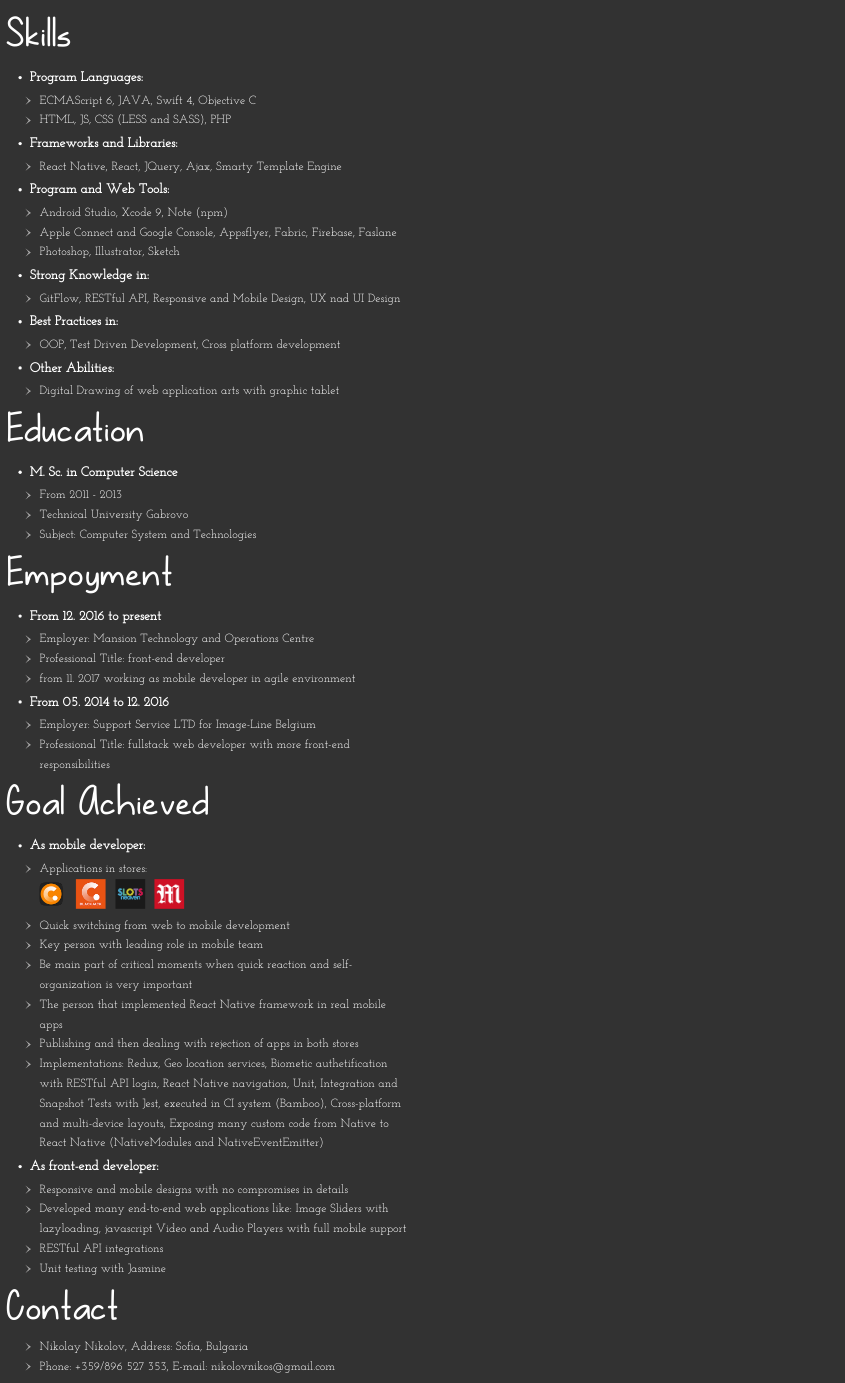
Repository: nikichanko/cv
Page: print.html
An editor plug-in stored every save of this project. The page is shown before and after the next save, followed by the edit.
The browser window is 1280 px wide. The pictures show the whole page, at 66% of full size.

Above is the page before, as saved 2018-08-10 03:35:17.

### print.html
<html>
  <head>
    <meta name="viewport" content="width=device-width, initial-scale=1">
    <link rel="stylesheet" type="text/css" href="css/styles.css">
    <link rel="stylesheet" type="text/css" href="css/print.css">
    <script src="https://ajax.googleapis.com/ajax/libs/jquery/3.3.1/jquery.min.js"></script>
    <title>Nikolay Nikolov - Curriculum Vitae - Print Version</title>
  </head>
  <body>
    <div id="content"></div>
  </body>
  <script src="js/print.js"></script>
</html>

### css/styles.css
@font-face {
  font-family: 'Just Gotta Smile';
  src: url('./fonts/JustGottaSmile.woff2') format('woff2'),
      url('./fonts/JustGottaSmile.woff') format('woff'),
      url('./fonts/JustGottaSmile.ttf') format('truetype');
  font-weight: 500;
  font-style: normal;
}

@font-face {
  font-family: 'Josefin Slab';
  src: url('./fonts/JosefinSlab.woff2') format('woff2'),
      url('./fonts/JosefinSlab.woff') format('woff'),
      url('./fonts/JosefinSlab.ttf') format('truetype');
  font-weight: normal;
  font-style: normal;
}
ul, li, ol, body {
  margin: 0;
  padding: 0;
}

body {
  background-color: #323232;
  width: 100%;
  font-family: 'Just Gotta Smile';
  color: #fff;
}

.wrapper {
  position: relative;
  width: 100%;
  max-width: 1000px;
  height: 800px;
  margin: 0 auto;
  background-image: url(../img/cv_bg.png);
  background-repeat: no-repeat;
  background-position: right top;
  background-size: cover;
}

.menu {
  line-height: 70px;
  margin: 0 auto;
  position: absolute;
  text-align: center;
  width: 100%;
  top: 200px;
}

.item {
  font-size: 64px;
  position: relative;
  left: 50%;
  opacity: 1;
  transform: translateX(-50%) ;
  -ms-transform: translateX(-50%) ; /* IE 9 */
  -webkit-transform: translateX(-50%); /* Safari 3-8 */
  transition: opacity 0.2s ease-out;
  -webkit-touch-callout: none; /* iOS Safari */
  -webkit-user-select: none; /* Safari */
   -khtml-user-select: none; /* Konqueror HTML */
     -moz-user-select: none; /* Firefox */
      -ms-user-select: none; /* Internet Explorer/Edge */
          user-select: none; /* Non-prefixed version, currently
                                supported by Chrome and Opera */
}
.item.print {
  font-size: 30px;
  line-height: 45px;
}

.item span {
  cursor: pointer;
  position: relative;
}

.item.closed {
  opacity: 0;
  height: 0;
  visibility: hidden;
}

.content {
  font-family: 'Josefin Slab';
  padding-top: 2px;
  max-width: 600px;
  text-align: left;
  top: 50px;
  width: 56%;
  margin: 0 auto;
  line-height: 40px;
  height: 0;
  opacity: 0;
  transition: opacity 0.5s ease-in-out;
  position: relative;
  visibility: hidden;
  overflow: hidden;
}

.ul-wrapper {
  height: 450px;
  position: relative;
  overflow: hidden;
}

.content.open {
  overflow: visible;
  height: auto;
  opacity: 1;
  transition: opacity 0.5s ease-in-out;
  visibility: visible;
}
.content {
  line-height: 30px;
}
.content ul {
  padding-top: 10px;
  padding-left: 20px;
}
.content li {
  font-weight: bold;
  font-size: 20px;
  padding:5px 0;
}
.content ol {
  font-size: 18px;
  margin-left: 15px;
  position: relative;
}
.content ol:before {
  content: "";
  background-image: url(../img/arrow.png);
  background-repeat: no-repeat;
  background-size: contain;
  width: 12px;
  height: 13px;
  position: absolute;
  left: -22px;
  top: 8px;
  opacity: 0.6;
}

.item:hover {
  color: #a4cbe6;
}

.close {
  position: absolute;
  top: -29px;
  left: -7px;
  width: 45px;
  height: 45px;
  opacity: 0.3;
}
.close:hover {
  opacity: 1;
}
.close:before, .close:after {
  position: absolute;
  left: 15px;
  content: ' ';
  height: 25px;
  width: 2px;
  background-color: #fff;
}
.close:before {
  transform: rotate(45deg);
}
.close:after {
  transform: rotate(-45deg);
}

.app-icon {
  width: 45px;
  margin-right: 10px;
}
.form-title {
  margin-top: 10px;
  font-size: 24px;
  text-align: center;
}

@media only screen and (max-width: 1000px) {
  .content {
    width: 90%;
  }
  .item span {
    cursor: default;
  }
}

### css/print.css
.content {
  margin: 0;
  top:0;
  left: 15px;
}
.close, .form-title {
  display: none;
}
.ul-wrapper{
  height: auto;
}

#content{
  padding: 10px;
}

### js/print.js
$.get( "index.html", function( data ) {
  var contents = $(data).find('.content:not(.print)');
  var items = $(data).find('.item:not(.print)');
  if (contents.length === items.length) {
    contents.each(function( i,v ) {
      var cont = v.innerHTML;
      var item = items[i].innerText;
      $("#content").append($('<div class="item">'+item+'</div><div class="content open">'+cont+'</div>'));
    });
  }
//  $( ".result" ).html( data );
 // alert( "Load was performed." );
});

### index.html
<!DOCTYPE html>
<html>
  <head>
    <link rel="stylesheet" type="text/css" href="css/styles.css">
    <meta name="viewport" content="width=device-width, initial-scale=1">
    <link rel="stylesheet" type="text/css" href="css/scroll.css">
    <script src="https://ajax.googleapis.com/ajax/libs/jquery/3.3.1/jquery.min.js"></script>
    <script src="js/scroll.js"></script>
    <title>Nikolay Nikolov - Curriculum Vitae</title>
  </head>
  <body>
    <div class="wrapper">
      <div class="menu">
        <div class="item">
          <span>Skills</span>
        </div>
        <div class="content">
          <i class="close"></i>
          <div class="ul-wrapper" id="scroll-3">
            <ul>
              <li>Program Languages:</li>
              <ol>ECMAScript 6, JAVA, Swift 4, Objective C</ol>
              <ol>HTML, JS, CSS (LESS and SASS), PHP</ol>
              <li>Frameworks and Libraries:</li>
              <ol>React Native, React, JQuery, Ajax, Smarty Template Engine</ol>
              <li>Program and Web Tools:</li>
              <ol>Android Studio, Xcode 9, Note (npm)</ol>
              <ol>Apple Connect and Google Console, Appsflyer, Fabric, Firebase, Faslane</ol>
              <ol>Photoshop, Illustrator, Sketch</ol>
              <li>Strong Knowledge in:</li>
              <ol>GitFlow, RESTful API, Responsive and Mobile Design, UX nad UI Design</ol>
              <li>Best Practices in:</li>
              <ol>OOP, Test Driven Development, Cross platform development</ol>
              <li>Other Abilities:</li>
              <ol>Digital Drawing of web application arts with graphic tablet</ol>
            </ul>
           </div>
        </div>
        <div class="item">
          <span>Education</span>
        </div>
        <div class="content">
            <i class="close"></i>
            <ul>
              <li>M. Sc. in Computer Science</li>
              <ol>From 2011 - 2013</ol>
              <ol>Technical University Gabrovo</ol>
              <ol>Subject: Computer System and Technologies</ol>
            </ul>
        </div>
        <div class="item">
          <span>Empoyment</span>
        </div>
        <div class="content">
            <i class="close"></i>
            <div class="ul-wrapper" id="scroll-2">
              <ul>
                <li>From 12. 2016 to present</li>
                <ol>Employer: Mansion Technology and Operations Centre</ol>
                <ol>Professional Title: front-end developer</ol>
                <ol>from 11. 2017 working as mobile developer in agile environment</ol>
                <li>From 05. 2014 to 12. 2016</li>
                <ol>Employer: Support Service LTD for Image-Line Belgium</ol>
                <ol>Professional Title: fullstack web developer with more front-end responsibilities</ol>
              </ul>
            </div>
        </div>
        <div class="item">
          <span>Goal Achieved</span>
        </div>
        <div class="content">
          <i class="close"></i>
          <div class="ul-wrapper" id="scroll-1">
            <ul>
              <li>As mobile developer:</li>
              <ol>Applications in stores:</ol>

                <img src="img/casino.png" title="CasinoSlots" class="app-icon" style="margin-left: 10px;" />
                <img src="img/ccbj.png" title="Casino BlackJack" class="app-icon" />
                <img src="img/sh.png" title="Slostheaven" class="app-icon" />
                <img src="img/mc.png" title="MansionCasino" class="app-icon" />

              <ol>Quick switching from web to mobile development</ol>
              <ol>Key person with leading role in mobile team</ol>
              <ol>Be main part of critical moments when quick reaction and self-organization is very important</ol>
              <ol>The person that implemented React Native framework in real mobile apps</ol>
              <ol>Publishing and then dealing with rejection of apps in both stores</ol>
              <ol>Implementations: Redux, Geo location services, Biometic authetification with
                RESTful API login, React Native navigation, Unit, Integration and Snapshot Tests with Jest, executed in CI system (Bamboo),
                Cross-platform and multi-device layouts, Exposing many custom code from Native to React Native (NativeModules and NativeEventEmitter)</ol>
              <li>As front-end developer:</li>
              <ol>Responsive and mobile designs with no compromises in details</ol>
              <ol>Developed many end-to-end web applications like: Image Sliders with lazyloading, javascript Video and Audio Players with full mobile support</ol>
              <ol>RESTful API integrations</ol>
              <ol>Unit testing with Jasmine</ol>
            </ul>
          </div>
        </div>
        <div class="item">
          <span>Contact</span>
        </div>
        <div class="content">
            <i class="close"></i>
              <ul>
                <ol>Nikolay Nikolov, Address: Sofia, Bulgaria</ol>
                <ol>Phone: +359/896 527 353, E-mail: nikolovnikos@gmail.com</ol>
                <div class="form-title">Contact form</div>
                <script type="text/javascript" src="https://form.jotformeu.com/jsform/82187298762370"></script>
              </ul>
        </div>
        <div class="item print">
          <span>Print Version</span>
        </div>
      </div>
    </div>
    <script src="js/common.js"></script>
  </body>
</html>

After the next save:
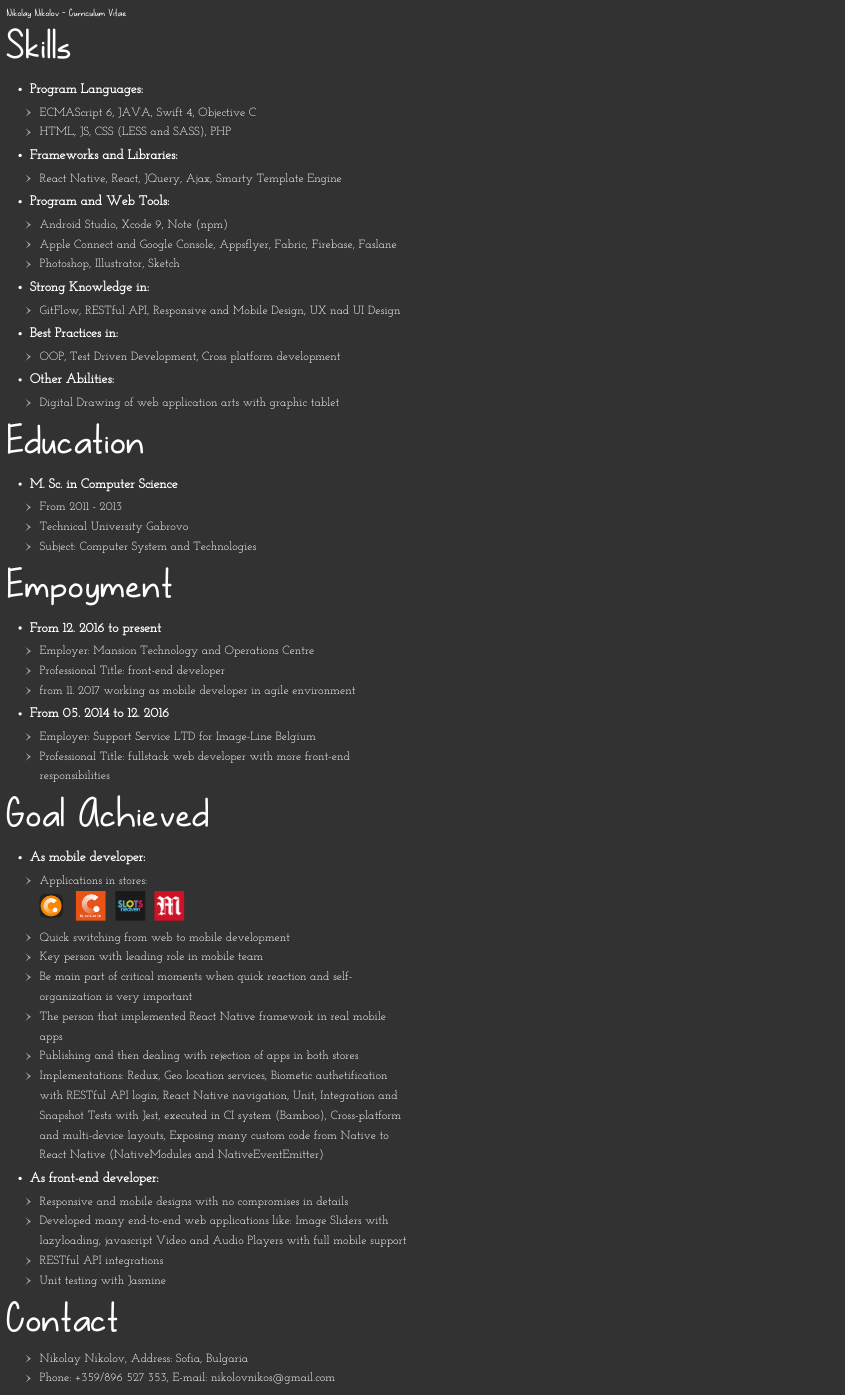
Saved 39 s later.
--- a/print.html
+++ b/print.html
@@ -7,7 +7,9 @@
     <title>Nikolay Nikolov - Curriculum Vitae - Print Version</title>
   </head>
   <body>
-    <div id="content"></div>
+    <div id="content">
+      <div class="cv-title">Nikolay Nikolov - Curriculum Vitae</div>
+    </div>
   </body>
   <script src="js/print.js"></script>
 </html>
